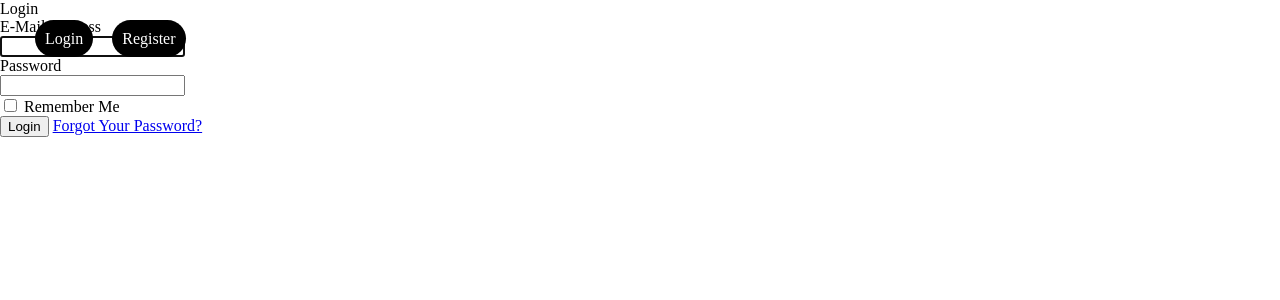
Repository: PatryxB/recipeCook
Page: http://localhost/login
The author's editor kept a copy of each file at every save. The page is drawn from the files as they stood at one save, then again after the next save.
The browser window is 1280 px wide. The pictures show the whole page.
The page is served by the project's Laravel application, run on PHP 8.4 with Laravel 8. Other server files are loaded and not shown. Style sheets and scripts are compiled from the project's sources, by tool versions that may differ from the author's.

Above is the page before, as saved 2020-05-02 11:24:37.

### resources/views/layouts/app.blade.php
<!doctype html>
<html lang="{{ str_replace('_', '-', app()->getLocale()) }}">
<head>
    <meta charset="utf-8">
    <meta name="viewport" content="width=device-width, initial-scale=1">

    <!-- CSRF Token -->
    <meta name="csrf-token" content="{{ csrf_token() }}">

    <title>{{ config('app.name', 'Laravel') }}</title>

    <!-- Scripts -->
    <script src="{{ asset('js/app.js') }}" defer></script>

    <!-- Fonts -->
    <link rel="dns-prefetch" href="//fonts.gstatic.com">
    <link href="https://fonts.googleapis.com/css?family=Nunito" rel="stylesheet">

    <!-- Styles -->
    <link href="{{ asset('css/app.css') }}" rel="stylesheet">
</head>
<body>
    <div id="app">

        <nav>
            @if (Route::has('login'))
                @auth
                    <a href="{{ url('/home') }}">Home</a>
                @else
                    <a href="{{ route('login') }}">Login</a>

                    @if (Route::has('register'))
                        <a href="{{ route('register') }}">Register</a>
                    @endif
                @endauth
            @endif
        </nav>

        <main class="py-4">
            @yield('content')
        </main>
    </>
</body>
</html>

### resources/sass/app.scss
// Fonts
@import url('https://fonts.googleapis.com/css?family=Nunito');

// Variables
@import 'variables';

@import url('https://fonts.googleapis.com/css2?family=Jost&display=swap');

html, body{
    box-sizing: border-box;
    margin: 0;
    padding: 0;
}
nav{
    position: absolute;
    top: 30px;
    left: 20px;
    z-index: 999;
}
nav a{
    text-decoration: none;
    color: white;
    background-color: black;
    padding: 10px;
    margin-left: 15px;
    border-radius: 25px;
}
.banner img{
    position: relative;
    float: right;
    width: 70%;
    height: 100vh;
    background-repeat: no-repeat;
}
.info{
    width: 30%;
    height: 100vh;
}

Loaded but not shown: routes/web.php (common file); app/Http/Controllers/Auth/LoginController.php (common file); app/Http/Controllers/Controller.php (common file); app/Http/Controllers/Auth/ConfirmPasswordController.php (common file); resources/views/auth/login.blade.php (common file); resources/sass/_variables.scss (common file)

After the next save:
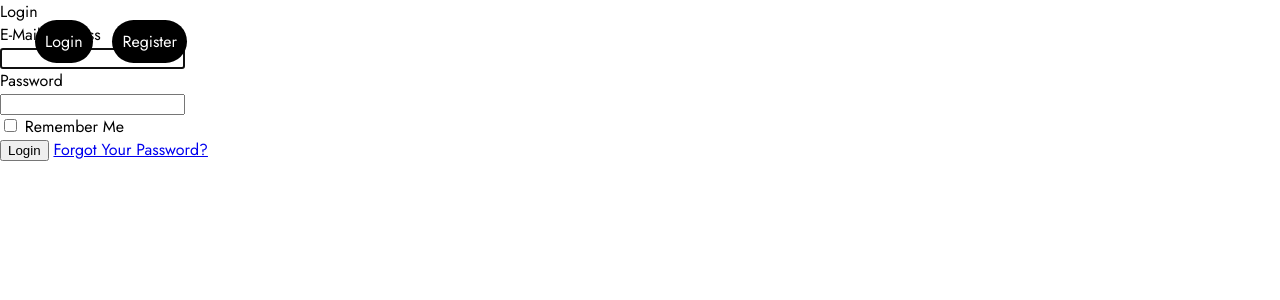
Saved 10 s later.
--- a/resources/sass/app.scss
+++ b/resources/sass/app.scss
@@ -10,6 +10,7 @@ html, body{
     box-sizing: border-box;
     margin: 0;
     padding: 0;
+    font-family: 'Jost', sans-serif;
 }
 nav{
     position: absolute;
